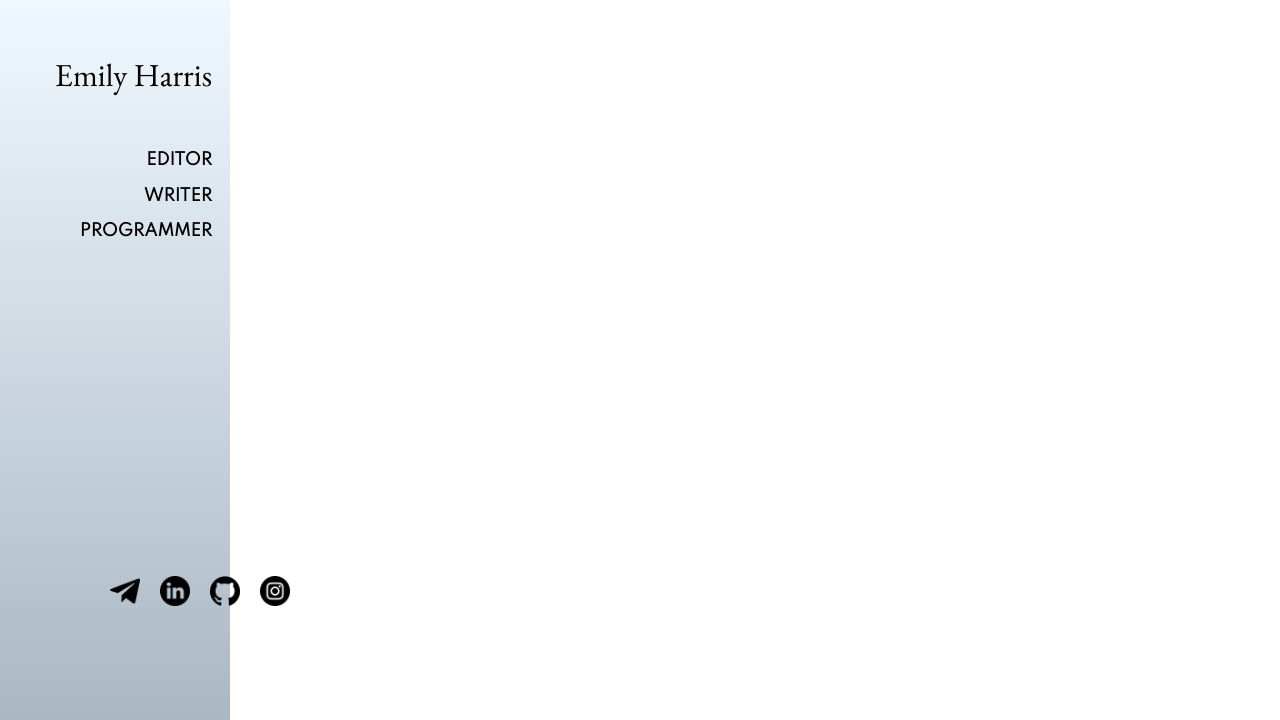
Repository: emnharris/FreeCodeCampChallenges
Page: responsive-web-design/portfolio/portfolio.html
An editor plug-in stored every save of this project. The page is shown before and after the next save, followed by the edit.
The browser window is 1280 px wide. The pictures show the whole page.
Some web fonts or font styles are not loaded; a fallback is used.

Above is the page before, as saved 2020-04-24 11:08:53.

After the next save:
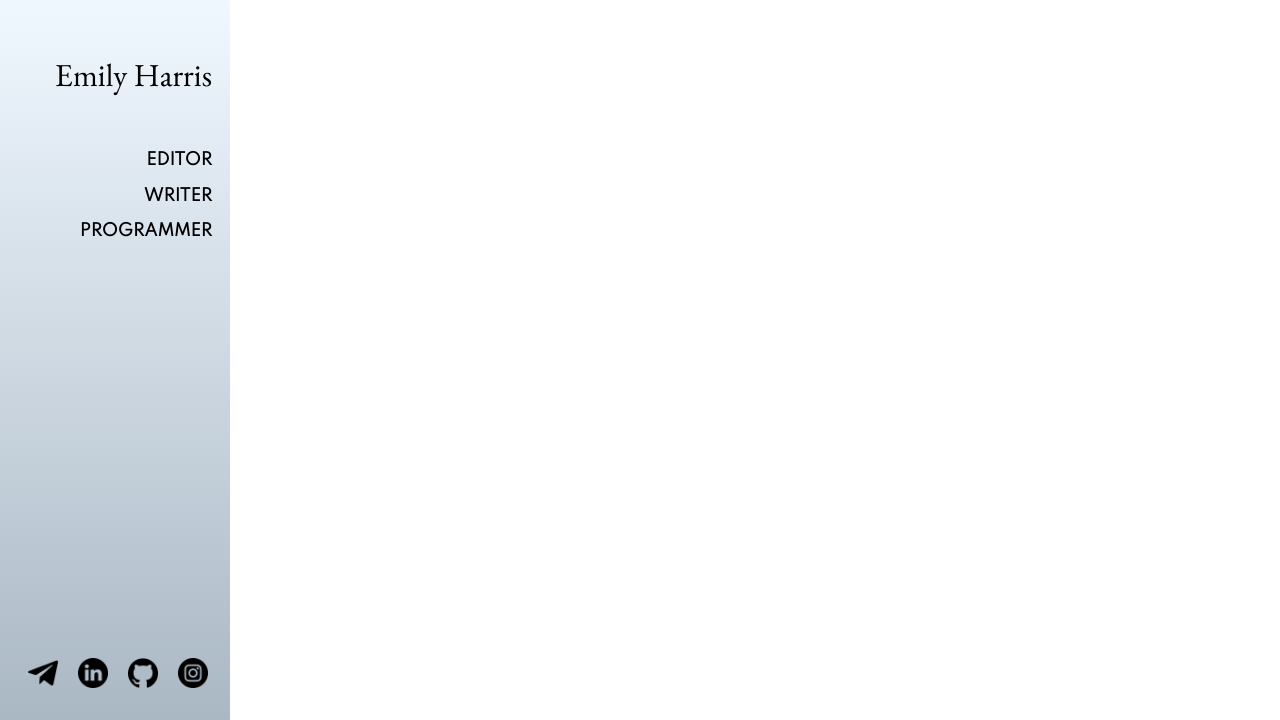
Saved 16 s later.
--- a/responsive-web-design/portfolio/portfolio.css
+++ b/responsive-web-design/portfolio/portfolio.css
@@ -52,5 +52,5 @@ body {
     position: fixed;
     bottom: 0;
     left: 0;
-    padding: 8%;
+    padding: 20px;
 }
